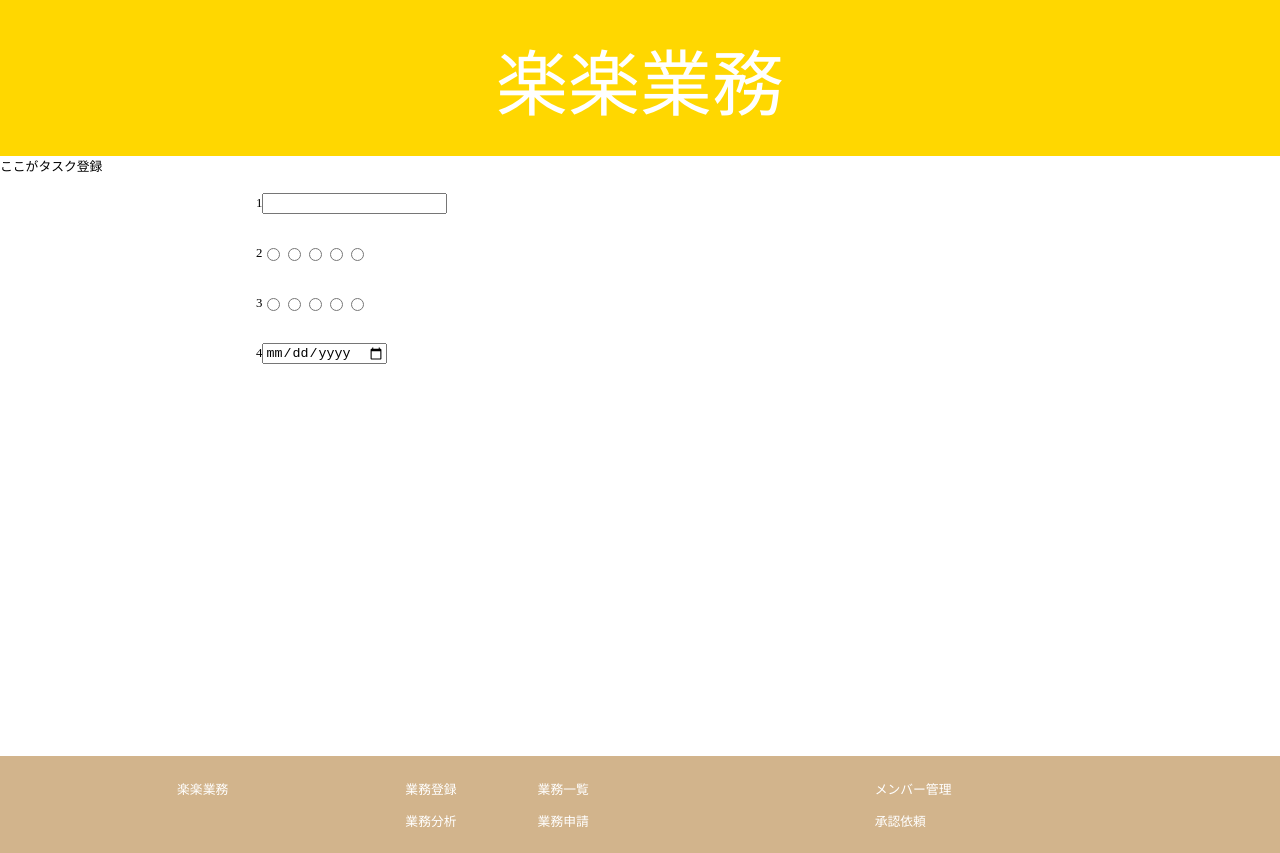
Repository: Reiya-1003/VueReplaceTask
Page: /#/register
An editor plug-in stored every save of this project. The page is shown before and after the next save, followed by the edit.
The browser window is 1280 px wide. The pictures show the whole page.
The project was rebuilt for these pictures with package versions that can differ from the ones it lists, and the page was loaded fresh each time. Also part of the build but not shown: vue.config.js, src/components/pages/PageHome.vue.

Above is the page before, as saved 2022-06-16 15:33:03.

### public/index.html
<!DOCTYPE html>
<html lang="">
  <head>
    <meta charset="utf-8">
    <meta http-equiv="X-UA-Compatible" content="IE=edge">
    <meta name="viewport" content="width=device-width,initial-scale=1.0">
    <link rel="icon" href="<%= BASE_URL %>favicon.ico">
    <link rel="stylesheet" href="style.css">
    <title><%= htmlWebpackPlugin.options.title %></title>
  </head>
  <body>
    <noscript>
      <strong>We're sorry but <%= htmlWebpackPlugin.options.title %> doesn't work properly without JavaScript enabled. Please enable it to continue.</strong>
    </noscript>
    <div id="app"></div>
    <!-- built files will be auto injected -->
  </body>
</html>

### src/main.js
import Vue from 'vue'
import App from './App.vue'
import router from './roter'

Vue.config.productionTip = false


new Vue({
  router,
  render: h => h(App),
}).$mount('#app')

### src/App.vue
<template>
  <div>
      <PageHeader />

        <!-- <PageHome /> -->
        <router-view />

      <PageFooter />
  </div>
</template>

<script>
import PageHeader from "./components/modules/PageHeader";
import PageFooter from "./components/modules/PageFooter";


export default {
  name: 'App',
  components: {
    PageHeader,
    PageFooter,


  },

}
</script>

<style>

</style>

### src/roter.js
import Vue from 'vue'
import VueRouter from 'vue-router'
import Home from '@/components/pages/PageHome.vue'
import Register from '@/components/pages/PageRegister.vue'




Vue.use(VueRouter)

export default new VueRouter({
  // デフォルトの挙動では URL に `#` が含まれる.
  // URL から hash を取り除くには `mode:history` を指定する
  // mode: 'history',
  base: __dirname,

  routes: [
    {
      path: '/',
      name: 'home',
      component: Home
    },
    {
      path: '/register',
      name: 'register',
      component: Register
    },



  ]

})

### src/components/modules/PageHeader.vue
<template>
  <header id="headerblock">

    <h1 id="title" ><router-link to="/" >楽楽業務</router-link></h1>


  </header>
</template>

<script>
export default {
  name: 'PageHeader',

}
</script>


<style lang="scss" type="text/css">
  #headerblock{
    height: 10%;
    width: 100%;
    background-color: #ffd700;
    h1{
      margin: 0;
      text-align: center;
      padding: 2%;
      color: white;
      font-size: 10vh;
      font-weight: normal;
      a{
      cursor: pointer;
      color: inherit;
      text-decoration: none;
    }
    }


  }
</style>

### src/components/modules/PageFooter.vue
<template>
  <div id="footblock">

    <div class="flexitem1">
      <p><router-link to="/" >楽楽業務</router-link></p>
    </div>
    <div class="flexitem2">
      <div>
        <!-- roter-linkになると思う -->
        <p><router-link to="/register">業務登録</router-link></p>
        <p>業務分析</p>
      </div>
      <div class="item">
        <p>業務一覧</p>
        <p>業務申請</p>
      </div>
    </div>
    <div class="flexitem3">
      <p>メンバー管理</p>
      <p>承認依頼</p>
    </div>


  </div>
</template>

<script>
export default {
  name: 'PageFooter',

}
</script>


<style lang="scss" type="text/css">
  #footblock{
    background-color: #d2b48c;
    color: white;
    display: flex;
    justify-content: space-around;

    .flexitem1{
      width: 100%;
      text-align: center;
      padding-top: 10px;
      padding-bottom: 10px;
      a{
      cursor: pointer;
      color: inherit;
      text-decoration: none;
      }
    }
    .flexitem2{
      width: 100%;
      display: flex;
      padding-top: 10px;
      padding-bottom: 10px;
      justify-content: flex-start;
      a{
      cursor: pointer;
      color: inherit;
      text-decoration: none;
      }
      .item{
        padding-left: 20%;
      }
    }
    .flexitem3{
      padding-top: 10px;
      padding-bottom: 10px;
      padding-left: 5%;
      width: 100%;
      a{
      cursor: pointer;
      color: inherit;
      text-decoration: none;
      }
    }
  }
</style>

### src/components/pages/PageRegister.vue
<template>
  <div style="height: 600px">
    <div>ここがタスク登録</div>

    <div class="listbox">
      <div class="listitem"><span>1</span><input type="text"></div>
      <div class="listitem"><span>2</span><input type="radio"><input type="radio"><input type="radio"><input type="radio"><input type="radio"></div>
      <div class="listitem"><span>3</span><input type="radio"><input type="radio"><input type="radio"><input type="radio"><input type="radio"></div>
      <div class="listitem"><span>4</span><input type="date"></div>
    </div>

  </div>
</template>

<script>
export default {
  name: "PageRegister",
};
</script>

<style lang="scss" type="text/css">
.listbox {
  margin: 3px auto;
  height: 400px;
  width: 60%;
  display: flex;
  flex-direction: column;

  .listitem{
   height: 50px;
   display: flex;
   align-items: center;
  }




}
</style>

### public/style.css
body{
  margin: 0;
  font-size: 1vmax;
}

After the next save:
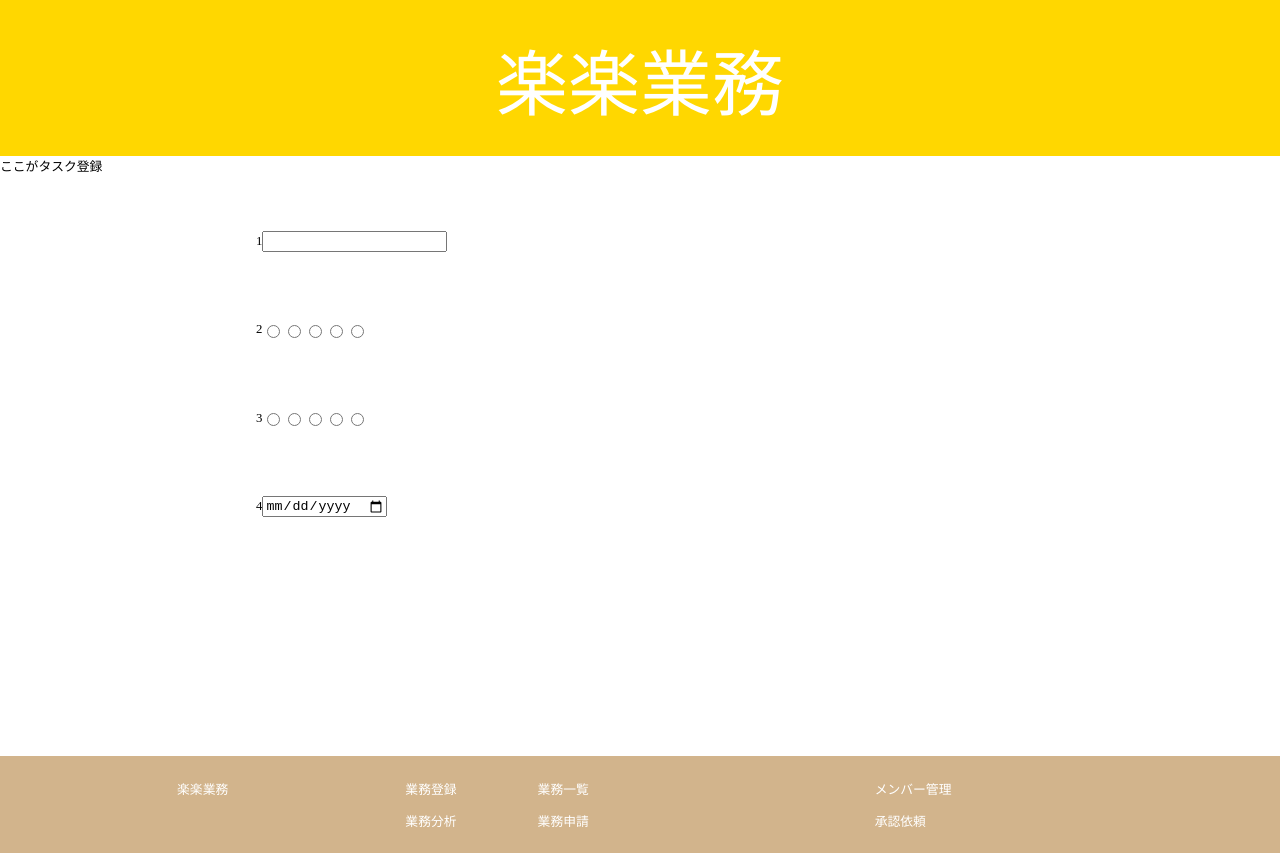
Saved 18 s later.
--- a/src/components/pages/PageRegister.vue
+++ b/src/components/pages/PageRegister.vue
@@ -30,6 +30,7 @@ export default {
    height: 50px;
    display: flex;
    align-items: center;
+   margin-top: 5%;
   }
 
 
